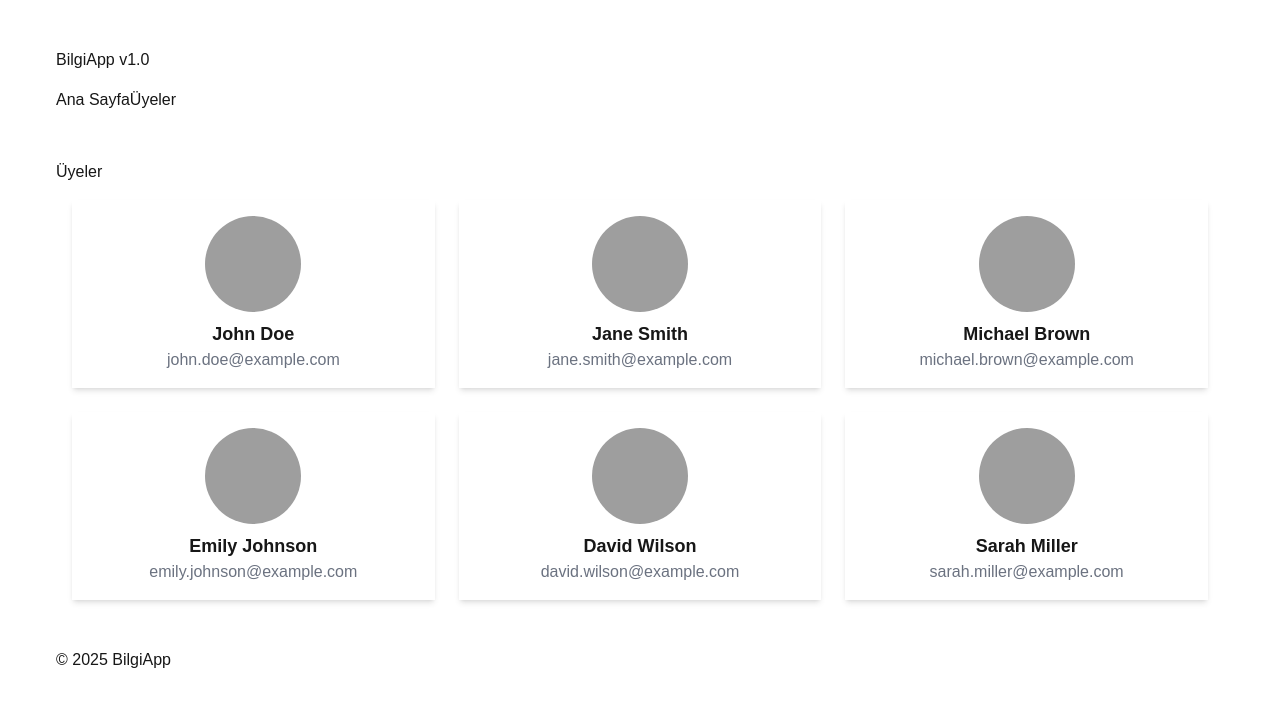
Repository: caglargkc/LessonsCode
Page: /uyeler (app in HasanTokatli-React-2024/BilgiYarismasi/bilgi-yarismasi/)
The author's editor kept a copy of each file at every save. The page is drawn from the files as they stood at one save, then again after the next save.
The browser window is 1280 px wide. The pictures show the whole page.
Pictures or frames that could not be fetched are drawn as grey boxes. The project was rebuilt for these pictures with package versions that can differ from the ones it lists, and the page was loaded fresh each time. The framework's server and built-in components were replaced by stand-ins that run in the browser. Also part of the build but not shown: HasanTokatli-React-2024/BilgiYarismasi/bilgi-yarismasi/next.config.ts.

Above is the page before, as saved 2025-02-02 18:01:21.

After the next save:
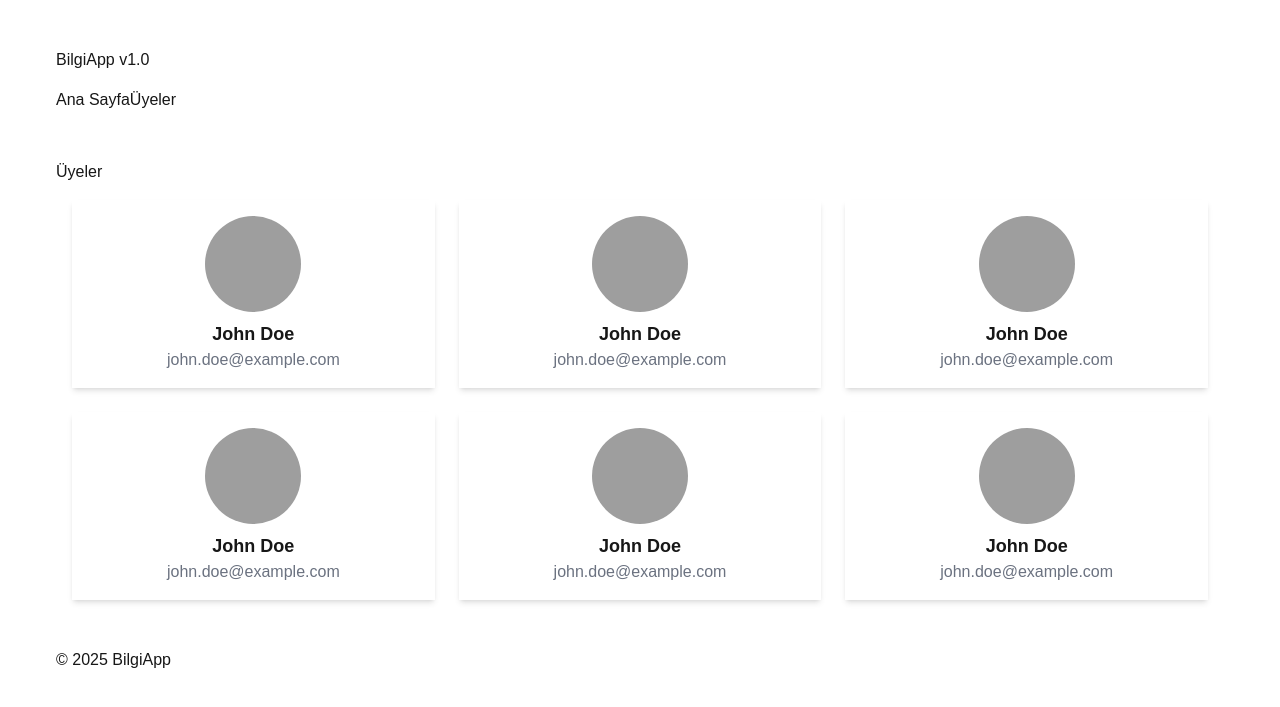
Saved 25 s later.
--- a/HasanTokatli-React-2024/BilgiYarismasi/bilgi-yarismasi/app/uyeler/page.tsx
+++ b/HasanTokatli-React-2024/BilgiYarismasi/bilgi-yarismasi/app/uyeler/page.tsx
@@ -7,57 +7,12 @@ function Uyeler() {
       <h2>Üyeler</h2>
 
       <div className="grid grid-cols-1 sm:grid-cols-2 lg:grid-cols-3 gap-6 p-4">
+      <Uye />
         <Uye />
-
-        <div className="flex flex-col items-center bg-white p-4 rounded-lg shadow-md">
-          <img
-            src="https://i.pravatar.cc/150?img=2"
-            alt="Jane Smith"
-            className="w-24 h-24 rounded-full"
-          />
-          <p className="mt-2 text-lg font-semibold">Jane Smith</p>
-          <p className="text-gray-500">jane.smith@example.com</p>
-        </div>
-
-        <div className="flex flex-col items-center bg-white p-4 rounded-lg shadow-md">
-          <img
-            src="https://i.pravatar.cc/150?img=3"
-            alt="Michael Brown"
-            className="w-24 h-24 rounded-full"
-          />
-          <p className="mt-2 text-lg font-semibold">Michael Brown</p>
-          <p className="text-gray-500">michael.brown@example.com</p>
-        </div>
-
-        <div className="flex flex-col items-center bg-white p-4 rounded-lg shadow-md">
-          <img
-            src="https://i.pravatar.cc/150?img=4"
-            alt="Emily Johnson"
-            className="w-24 h-24 rounded-full"
-          />
-          <p className="mt-2 text-lg font-semibold">Emily Johnson</p>
-          <p className="text-gray-500">emily.johnson@example.com</p>
-        </div>
-
-        <div className="flex flex-col items-center bg-white p-4 rounded-lg shadow-md">
-          <img
-            src="https://i.pravatar.cc/150?img=5"
-            alt="David Wilson"
-            className="w-24 h-24 rounded-full"
-          />
-          <p className="mt-2 text-lg font-semibold">David Wilson</p>
-          <p className="text-gray-500">david.wilson@example.com</p>
-        </div>
-
-        <div className="flex flex-col items-center bg-white p-4 rounded-lg shadow-md">
-          <img
-            src="https://i.pravatar.cc/150?img=6"
-            alt="Sarah Miller"
-            className="w-24 h-24 rounded-full"
-          />
-          <p className="mt-2 text-lg font-semibold">Sarah Miller</p>
-          <p className="text-gray-500">sarah.miller@example.com</p>
-        </div>
+        <Uye />
+        <Uye />
+        <Uye />
+        <Uye />
       </div>
 
     </div>
